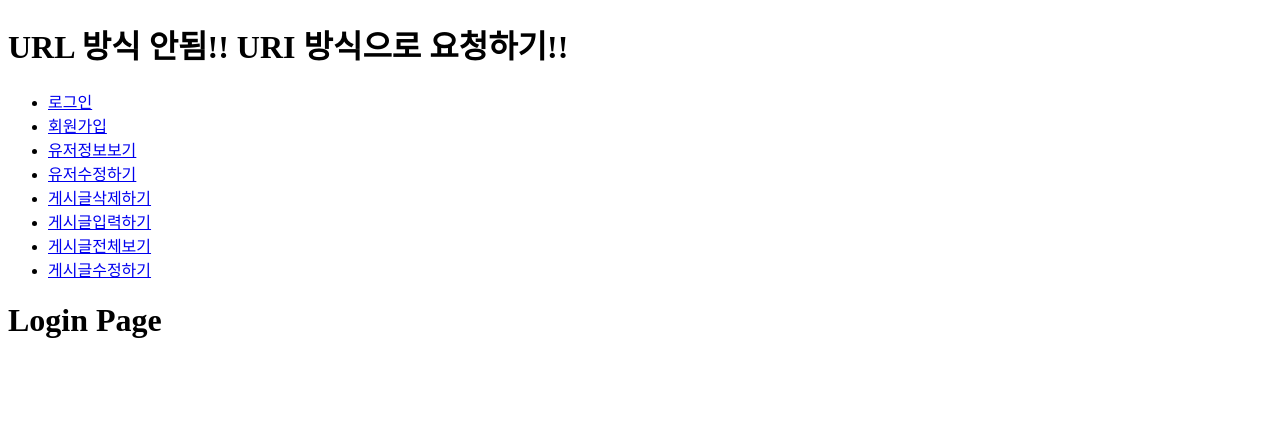
Repository: kimhaengun/Jsp
Page: http://localhost/hello/auth/login.jsp
An editor plug-in stored every save of this project. The page is shown before and after the next save, followed by the edit.
The browser window is 1280 px wide. The pictures show the whole page.
The page is served by Tomcat 9. Other server files are loaded and not shown.

Above is the page before, as saved 2020-12-22 02:31:10.

### hello/WebContent/auth/login.jsp
<%@ page language="java" contentType="text/html; charset=UTF-8"
    pageEncoding="UTF-8"%>
<%@ include file="../layout/header.jsp" %>
<h1>Login Page</h1>
</body>
</html>

### hello/WebContent/layout/header.jsp
<%@ page language="java" contentType="text/html; charset=UTF-8"
    pageEncoding="UTF-8"%>

<%
   String contextPath = request.getContextPath();
   //out.println(contextPath);
   //<%=contextPath

%>

    <!DOCTYPE html>
<html>
<head>
<meta charset="UTF-8">
<title>Insert title here</title>
</head>
<body>
<h1>URL 방식 안됨!! URI 방식으로 요청하기!!</h1>
<ul>
   <!-- 절대경로 상대경로 -->
   <li><a href="<%=contextPath %>/user?gubun=login">로그인</a></li>
   <li><a href="<%=contextPath %>/user?gubun=join">회원가입</a></li>
   <li><a href="<%=contextPath %>/user?gubun=selectOne">유저정보보기</a></li>
   <li><a href="<%=contextPath %>/user?gubun=updateOne">유저수정하기</a></li>
   <li><a href="<%=contextPath %>/board?gubun=deleteOne">게시글삭제하기</a></li>
   <li><a href="<%=contextPath %>/board?gubun=insertOne">게시글입력하기</a></li>
   <li><a href="<%=contextPath %>/board?gubun=selectAll">게시글전체보기</a></li>
   <li><a href="<%=contextPath %>/board?gubun=updateOne">게시글수정하기</a></li>
</ul>

After the next save:
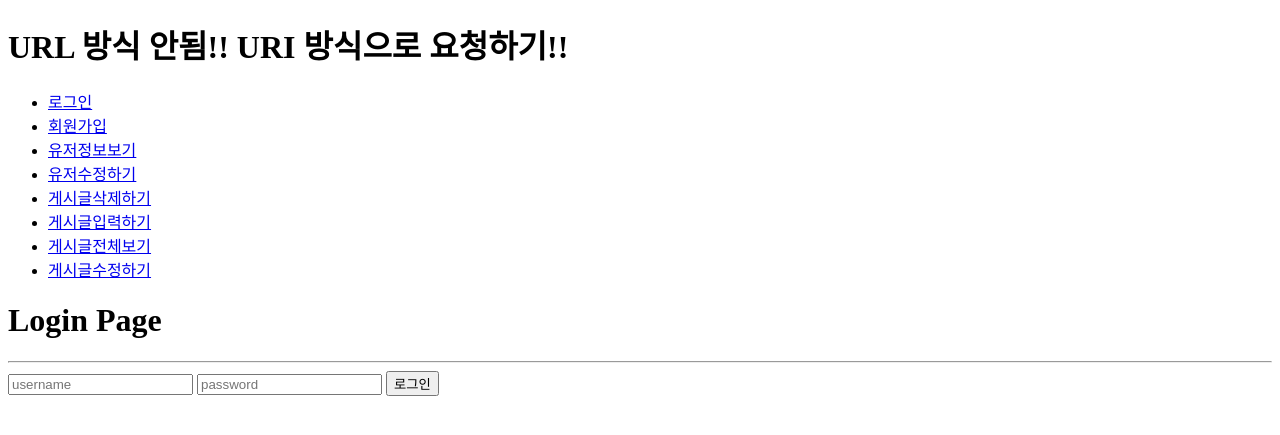
Saved 5 s later.
--- a/hello/WebContent/auth/login.jsp
+++ b/hello/WebContent/auth/login.jsp
@@ -2,5 +2,11 @@
     pageEncoding="UTF-8"%>
 <%@ include file="../layout/header.jsp" %>
 <h1>Login Page</h1>
+<hr/>
+<form action="/hello/user?gubun=loginProc"method="post">
+	<input type = "text"name="username"placeholder="username"/>
+	<input type = "password"name="password"placeholder="password"/>
+	<button>로그인</button>
+</form>
 </body>
 </html>
